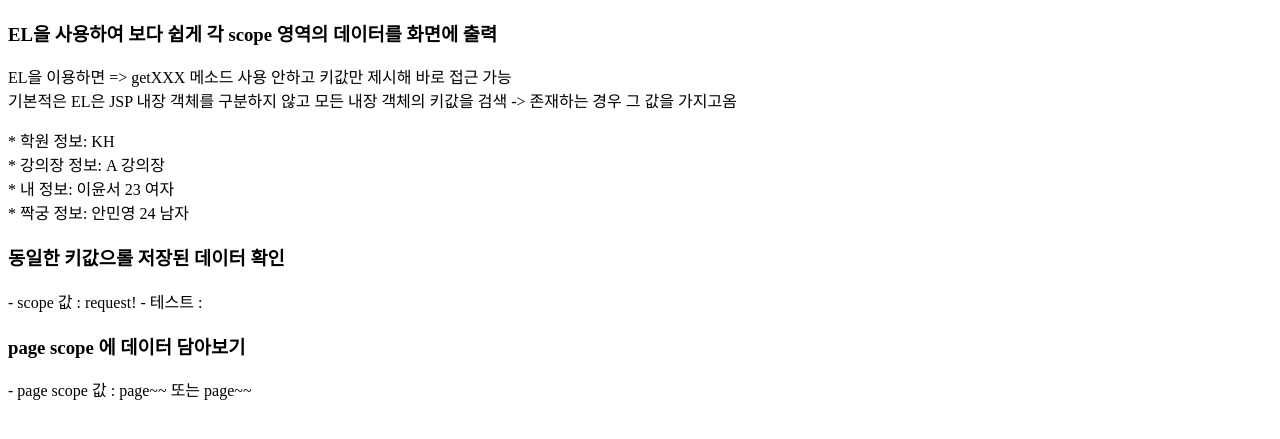
Repository: yoonseo0832/workspace
Page: http://localhost/2_jsp/el.do
These files come from the project's save history. The page is drawn as it stood at one moment and after the next save; the edit follows.
The browser window is 1280 px wide. The pictures show the whole page.
The page is served by Tomcat 9.

Above is the page before, as saved 2025-03-20 03:40:48.

### 05_server/2_jsp/src/main/webapp/views/2_EL/1_el.jsp
<%@ page language="java" contentType="text/html; charset=UTF-8"
    pageEncoding="UTF-8"%>
<%@ page import="model.vo.Student" %> <!-- 여러 개는 ,로 구분 -->
<!DOCTYPE html>
<html>
<head>
<meta charset="UTF-8">
<title>EL 기본 문법</title>
</head>
<body>
	<%--
	<h3>기존 방식(스크립틀릿, 표현식)으로 각 영역의 scope의 데이터를 화면에 출력</h3>
	<%
		//request scope의 데이터를 가져오기
		String classroom = (String)request.getAttribute("classroom");
		Student student = (Student)request.getAttribute("student");

		// session scope 의 데이터 가져오기
		String academy = (String)session.getAttribute("academy");
		Student std2 = (Student)session.getAttribute("student2");
	%>

	<p>
		* 학원 정보: <%=academy %><br>
		* 강의장 정보:  <%=classroom %><br>
		* 내 정보: <%=std2.getName() %>, <%=std2.getAge() %>, <%=std2.getGender() %><br>
		* 짝궁 정보: <%=student %><br>
	</p>
	--%>
	<h3>EL을 사용하여 보다 쉽게 각 scope 영역의 데이터를 화면에 출력</h3>
	<p>
		EL을 이용하면 => getXXX 메소드 사용 안하고 키값만 제시해 바로 접근 가능<br>
		기본적은 EL은 JSP 내장 객체를 구분하지 않고 모든 내장 객체의 키값을 검색 -> 존재하는 경우 그 값을 가지고옴
	</p>
	<p>
		* 학원 정보: ${ academy }<br>
		* 강의장 정보:  ${ classroom }<br>
		* 내 정보:	${ student2.name } ${ student2.age } ${ student2.gender }<br>
		* 짝궁 정보:	${ student.name } ${ student.age } ${ student.gender }
	</p>
	<h3>동일한 키값으롤 저장된 데이터 확인</h3>
	- scope 값 : ${scope}
	<!--
		EL 에서는 동일한 키값으로 저장된 데이터가 있는 경우
			- 공유 범위가 가장 작은 scope부터 검색 을 함
			page > request > session > application 순서대로 검색함
	 -->
	 - 테스트 : ${test }
	 <!-- 키값이 해당하는 값이 없을 경우 빈 값으로 표시됨 -->

	 <h3>page scope 에 데이터 담아보기</h3>
	 <%
	 	pageContext.setAttribute("scope", "page~~");
	 %>
	 - page scope 값 : ${scope} 또는 ${pageScope.scope }
</body>
</html>

### 05_server/2_jsp/src/main/java/controller/ELServlet.java
package controller;

import java.io.IOException;

import javax.servlet.ServletContext;
import javax.servlet.ServletException;
import javax.servlet.annotation.WebServlet;
import javax.servlet.http.HttpServlet;
import javax.servlet.http.HttpServletRequest;
import javax.servlet.http.HttpServletResponse;
import javax.servlet.http.HttpSession;

import model.vo.Student;

/**
 * Servlet implementation class ELServlet
 */
@WebServlet("/el.do")
public class ELServlet extends HttpServlet {
	private static final long serialVersionUID = 1L;

    /**
     * @see HttpServlet#HttpServlet()
     */
    public ELServlet() {
        super();
        // TODO Auto-generated constructor stub
    }

	/**
	 * @see HttpServlet#doGet(HttpServletRequest request, HttpServletResponse response)
	 */
	protected void doGet(HttpServletRequest request, HttpServletResponse response) throws ServletException, IOException {
		// TODO Auto-generated method stub
		/*
		 * JSP 내장 객체 종류
		 * => 데이터를 담을 수 있는 공간
		 *
		 * 1)  ServletContext (application scope)
		 * 		: 한 어플리케이션 당 1개 존재하는 객체
		 * 		해당 영역에 데이터를 담을 경우 어플리케이션 전역에서 사용 가능
		 * 2) HttpSession (session scope)
		 * 		: 한 브라우저 당 1개 존재하는 객체
		 * 		해당 영역에 데이터를 담을 경우 jsp/servlet 단에서 사용 가능*(공유 가능 범위)
		 * 3) HttpServletRequest (request scope)
		 * 		: 요청마다 매번 생성되는 객체
		 * 		해당 영역에 데이터를 담을 경우 request 객체를 포워딩 받는 응답 jsp에서만 사용 가능
		 * 4) PageContext (page scope)
		 * 		:  jsp 마다 존재하는 객체
		 * 		해당 페이지에서만 사용 가능
		 * ---------------------------------------------------------------------
		 * 위의 4개의 객체들에
		 * 		데이터를 담을 때 xxx.setAttribute("키값", "데이터");
		 * 		데이터를 꺼낼 때 xxx.getAttribute("키값");
		 * 		데이터를 지울 때 xxx.removeAttribute("키값");
		 */

		// request scope 에 데이터 담기
		request.setAttribute("classroom", "A 강의장");
		request.setAttribute("student", new Student("안민영", 24, "남자"));

		//session scope 에 데이터 담기
		HttpSession session = request.getSession();

		session.setAttribute("academy", "KH");

		session.setAttribute("student2", new Student("이윤서", 23, "여자"));

		// request, session scope에 동일한 키값으로 데이터 담기
		request.setAttribute("scope", "request!");
		session.setAttribute("scope", "session!");

		// application scope 에 데이터 담기
		ServletContext application = request.getServletContext();
		application.setAttribute("scope", "application!");

		// jsp 페이지로 응답하기
		request.getRequestDispatcher("/views/2_EL/1_el.jsp").forward(request, response);
	}

	/**
	 * @see HttpServlet#doPost(HttpServletRequest request, HttpServletResponse response)
	 */
	protected void doPost(HttpServletRequest request, HttpServletResponse response) throws ServletException, IOException {
		// TODO Auto-generated method stub
		doGet(request, response);
	}

}

### 05_server/2_jsp/src/main/java/model/vo/Student.java
package model.vo;

public class Student {
	private String name;
	private int age;
	private String gender;

	public Student() {
		super();
	}

	public Student(String name, int age, String gender) {
		this.name = name;
		this.age = age;
		this.gender = gender;
	}

	public String getName() {
		return name;
	}

	public void setName(String name) {
		this.name = name;
	}

	public int getAge() {
		return age;
	}

	public void setAge(int age) {
		this.age = age;
	}

	public String getGender() {
		return gender;
	}

	public void setGender(String gender) {
		this.gender = gender;
	}

	@Override
	public String toString() {
		return "Student [name=" + name + ", age=" + age + ", gender=" + gender + "]";
	}

}

After the next save:
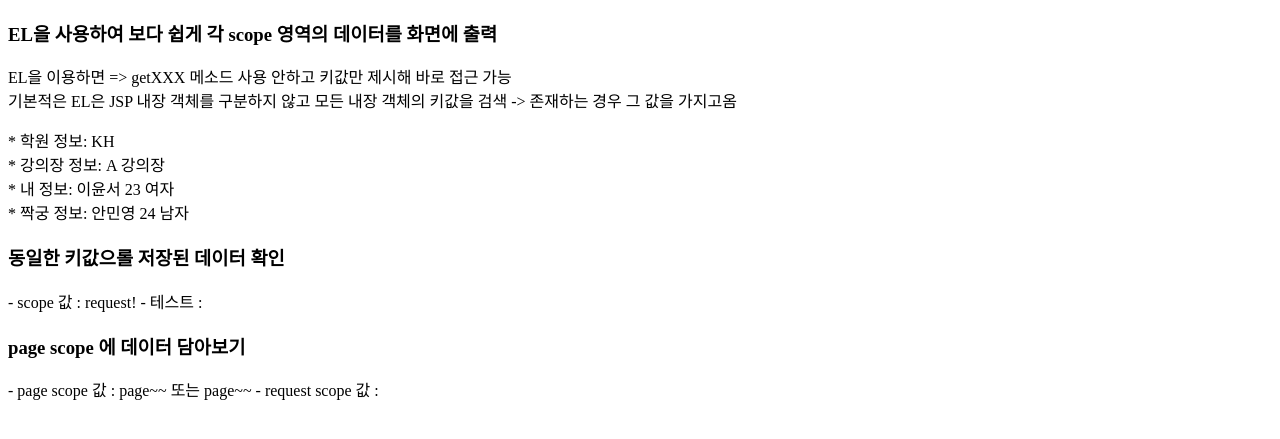
Saved 31 s later.
--- a/05_server/2_jsp/src/main/webapp/views/2_EL/1_el.jsp
+++ b/05_server/2_jsp/src/main/webapp/views/2_EL/1_el.jsp
@@ -53,5 +53,6 @@
 	 	pageContext.setAttribute("scope", "page~~");
 	 %>
 	 - page scope 값 : ${scope} 또는 ${pageScope.scope }
+	 - request scope 값 : ${request.scope }
 </body>
 </html>
